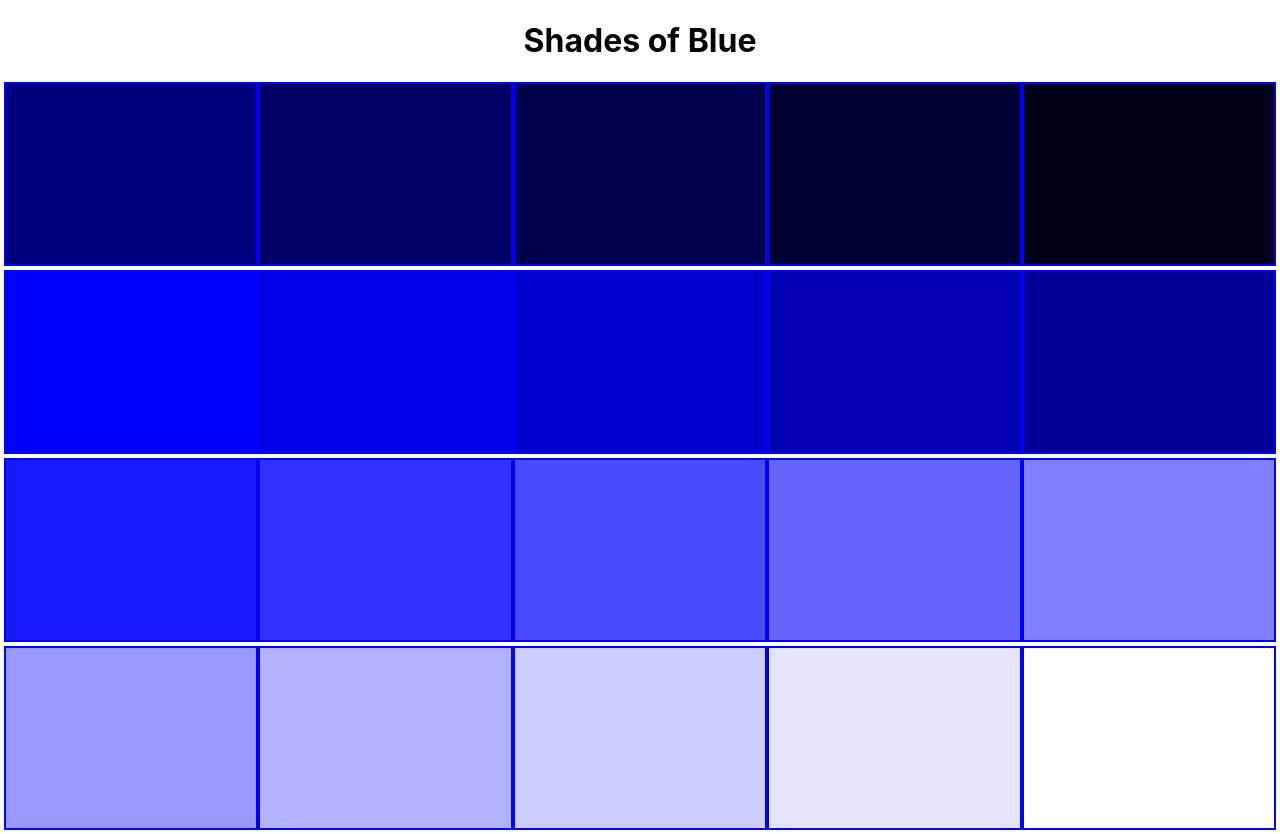
Repository: johnmutina/shades_of_blue
Page: /
These files come from the project's save history. The page is drawn as it stood at one moment and after the next save; the edit follows.
The browser window is 1280 px wide. The pictures show the whole page.
The project was rebuilt for these pictures with package versions that can differ from the ones it lists, and the page was loaded fresh each time.

Above is the page before, as saved 2019-06-22 15:15:22.

After the next save:
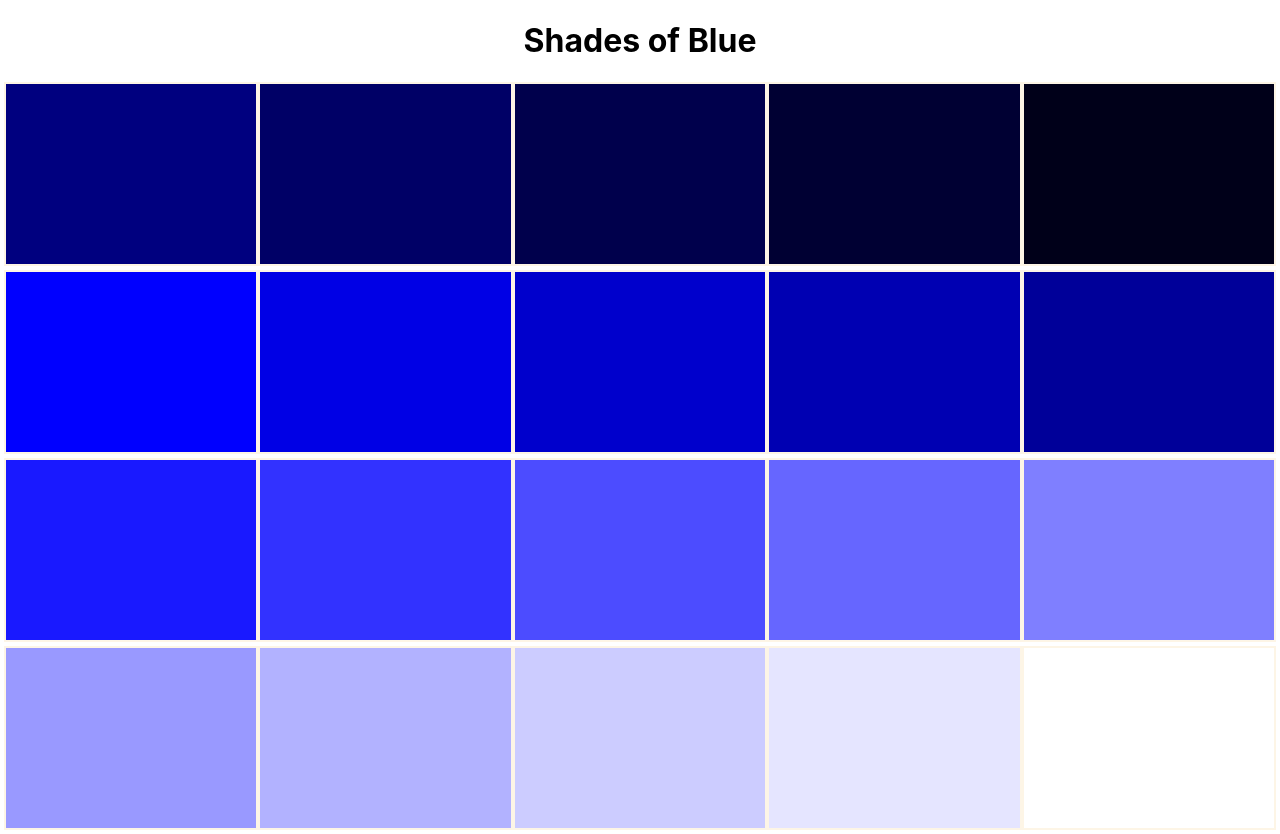
Saved 7 s later.
--- a/src/ColorBox.css
+++ b/src/ColorBox.css
@@ -4,5 +4,5 @@
     width: 19.57%;
     height: 180px;
     /* padding-top: 80px; */
-    border: 2px solid blue;
+    border: 2px solid oldlace;
 }
